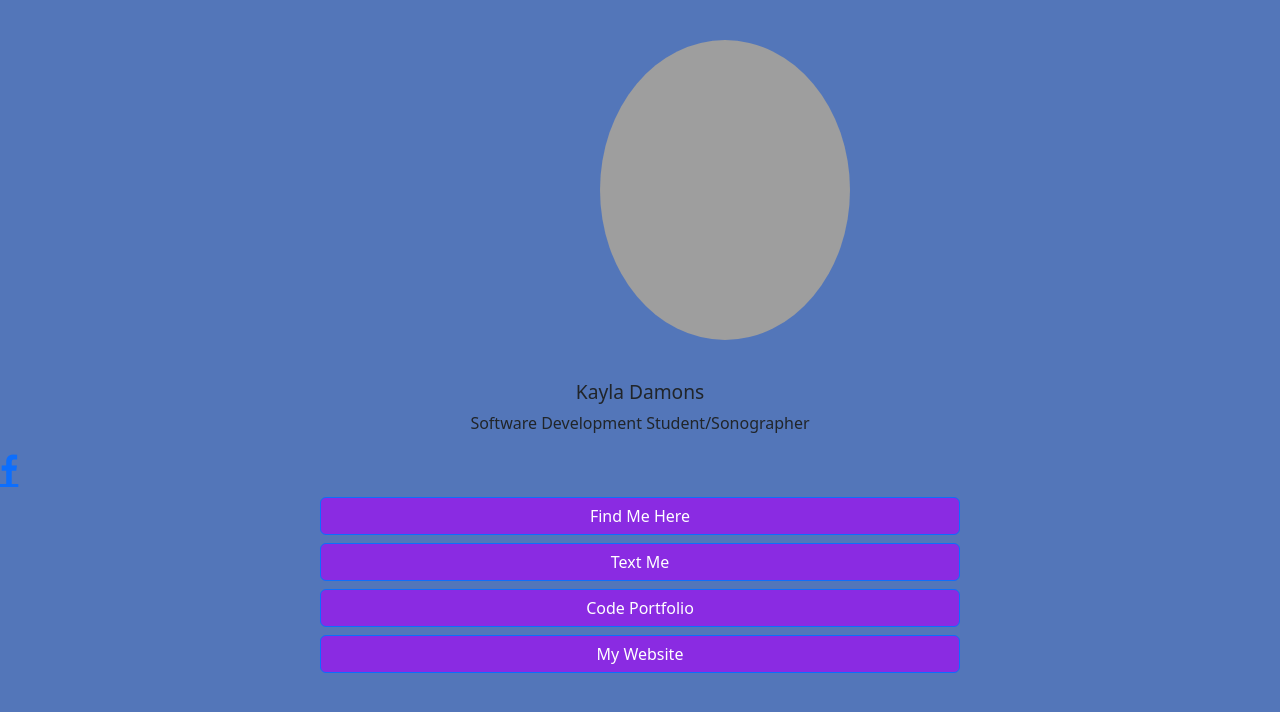
Repository: KaylaDamons/LABlinkinbio
Page: index.html
These files come from the project's save history. The page is drawn as it stood at one moment and after the next save; the edit follows.
The browser window is 1280 px wide. The pictures show the whole page.
Pictures or frames that could not be fetched are drawn as grey boxes.

Above is the page before, as saved 2024-01-14 17:52:37.

After the next save:
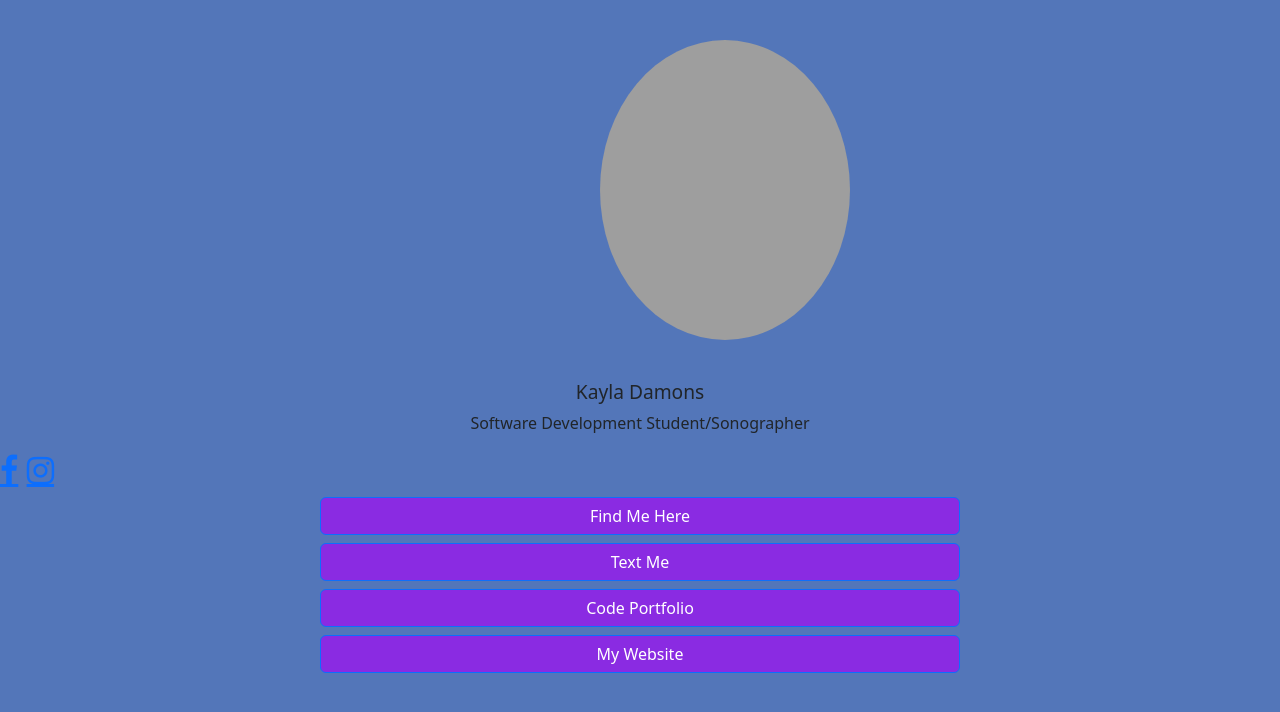
Saved 23 s later.
--- a/index.html
+++ b/index.html
@@ -23,7 +23,7 @@
 
 <h2>
   <a href="#" class="fa fa-facebook"></a>
-  <a href="fa fa-instagram"></a>
+  <a href="#" class="fa fa-instagram"></a>
 </h2>
   <div class="d-grid gap-2 col-6 mx-auto">
     <button class="btn btn-primary" type="button1">Find Me Here</button>
